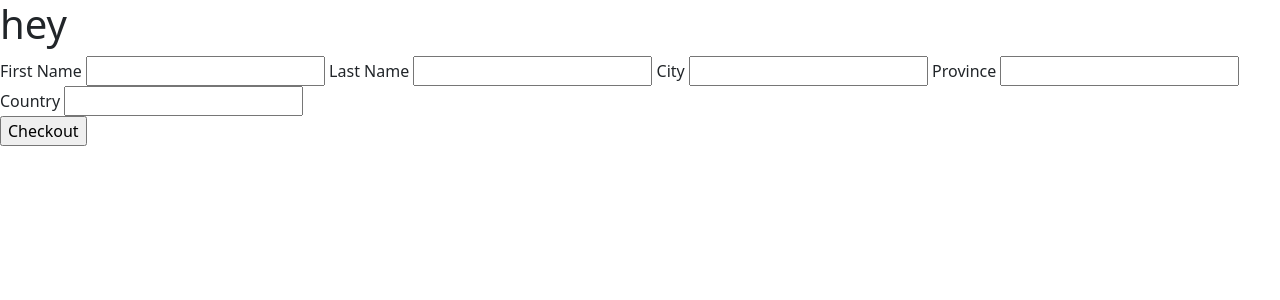
Repository: Flatbook/sliced_bread
Page: http://localhost/checkout
These files come from the project's save history. The page is drawn as it stood at one moment and after the next save; the edit follows.
The browser window is 1280 px wide. The pictures show the whole page.
Some web libraries are served in a nearby version. The page is served by the project's application, run on Flask 3 (app.py).

Above is the page before, as saved 2021-05-15 22:21:09.

After the next save:
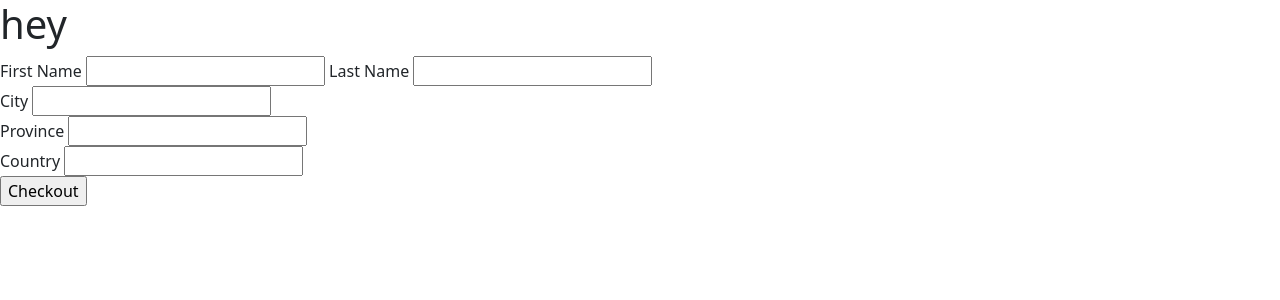
Saved 19 s later.
--- a/flask_project/templates/checkout.html
+++ b/flask_project/templates/checkout.html
@@ -12,10 +12,16 @@
 
 	{{ form.lname.label }}
 	{{ form.lname }}
+</br>
+
 	{{ form.city.label}}
 	{{ form.city }}
+</br>
+
 	{{ form.state.label }}
 	{{ form.state }}
+</br>
+
 	{{ form.country.label }}
 	{{ form.country }}
 </br>
